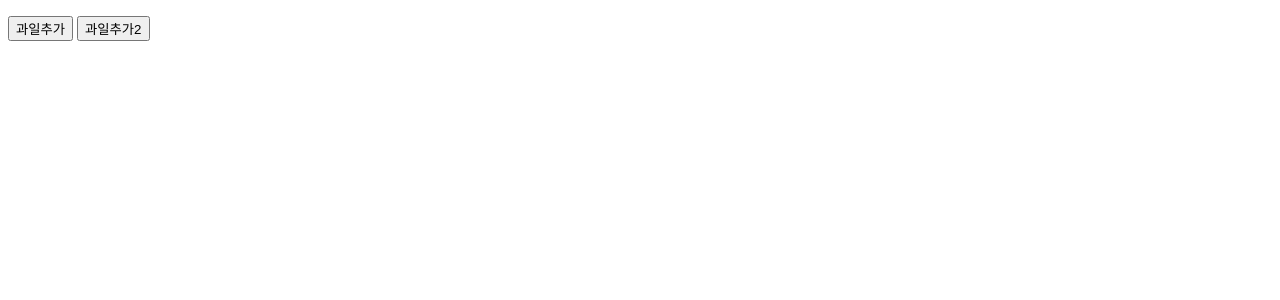
Repository: mvcfvsgdj/javaee
Page: ajaxPrj_09_6/src/main/webapp/ajax6.html
These files come from the project's save history. The page is drawn as it stood at one moment and after the next save; the edit follows.
The browser window is 1280 px wide. The pictures show the whole page.

Above is the page before, as saved 2023-09-06 07:15:31.

After the next save:
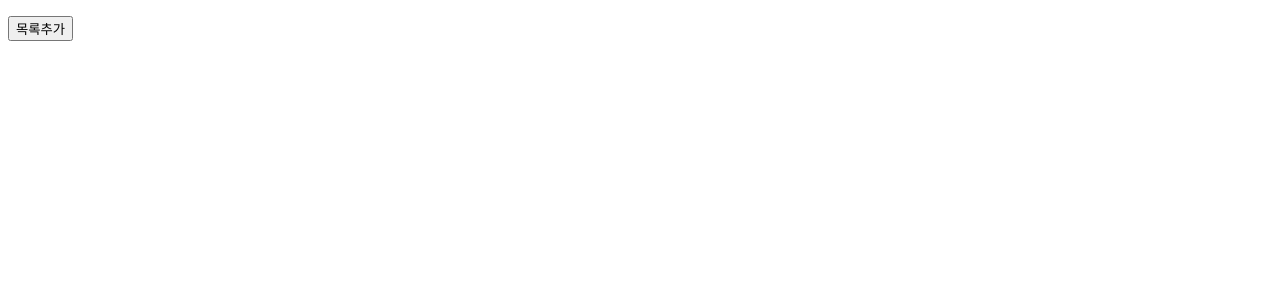
Saved 31 s later.
--- a/ajaxPrj_09_6/src/main/webapp/ajax6.html
+++ b/ajaxPrj_09_6/src/main/webapp/ajax6.html
@@ -31,18 +31,17 @@
 
 function add2(){
 	//alert("2");
-	$("#fruit_list").append("<li>딸기</li>")
+	$("#movie_list").append("<li>딸기</li>")
 }
 </script>
 </head>
 <body>
 
-<ul id="fruit_list">
+<ul id="movie_list">
 
 </ul>
 
-<button onclick="add1()">과일추가</button>
-<button onclick="add2()">과일추가2</button>
+<button onclick="add2()">목록추가</button>
 </body>
 
 </html>
